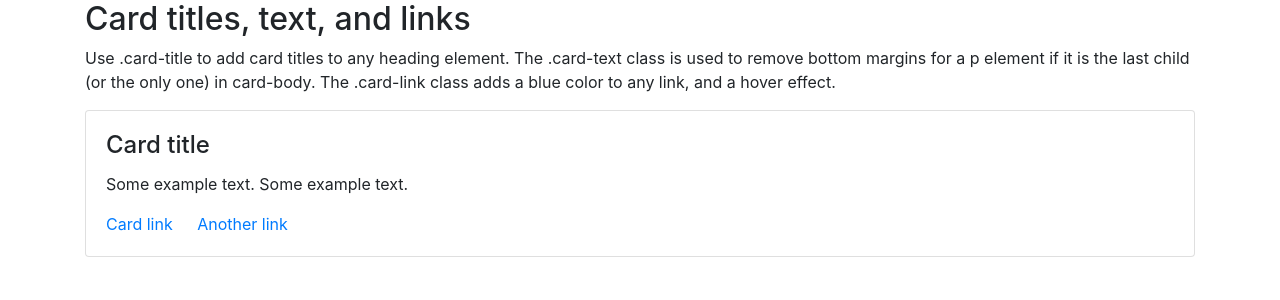
Repository: acciojob/bootstrap-card-vandanayadav15
Page: main.html
The author's editor kept a copy of each file at every save. The page is drawn from the files as they stood at one save, then again after the next save.
The browser window is 1280 px wide. The pictures show the whole page.

Above is the page before, as saved 2022-10-28 23:15:42.

After the next save:
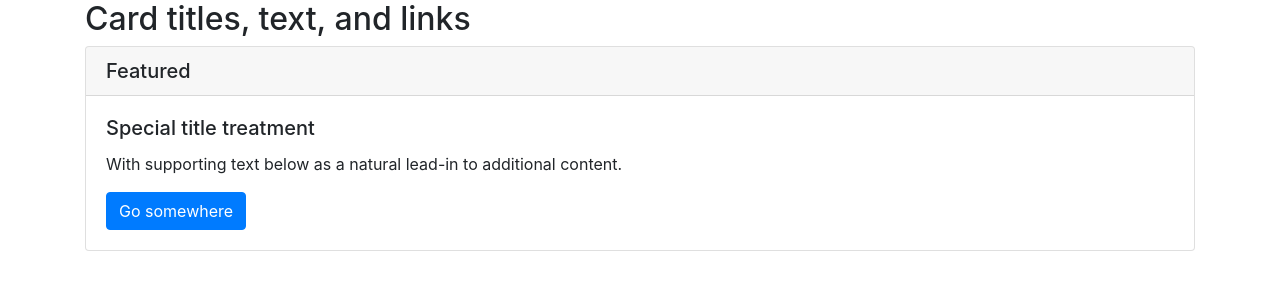
Saved 3 min 33 s later.
--- a/main.html
+++ b/main.html
@@ -15,17 +15,14 @@
 
 	<div class="container">
 		<h2>Card titles, text, and links</h2>
-		<p>Use .card-title to add card titles to any heading element. The .card-text class is used to remove bottom
-			margins for a p element if it is the last child (or the only one) in card-body. The .card-link class adds a
-			blue color to any link, and a hover effect.</p>
-		<div class="card">
-			<div class="card-body">
-				<h4 class="card-title">Card title</h4>
-				<p class="card-text">Some example text. Some example text.</p>
-				<a href="#" class="card-link">Card link</a>
-				<a href="#" class="card-link">Another link</a>
-			</div>
-		</div>
+<div class="card">
+	<h5 class="card-header">Featured</h5>
+	<div class="card-body">
+		<h5 class="card-title">Special title treatment</h5>
+		<p class="card-text">With supporting text below as a natural lead-in to additional content.</p>
+		<a href="#" class="btn btn-primary">Go somewhere</a>
+	</div>
+</div>
 	</div>
 
 </body>
